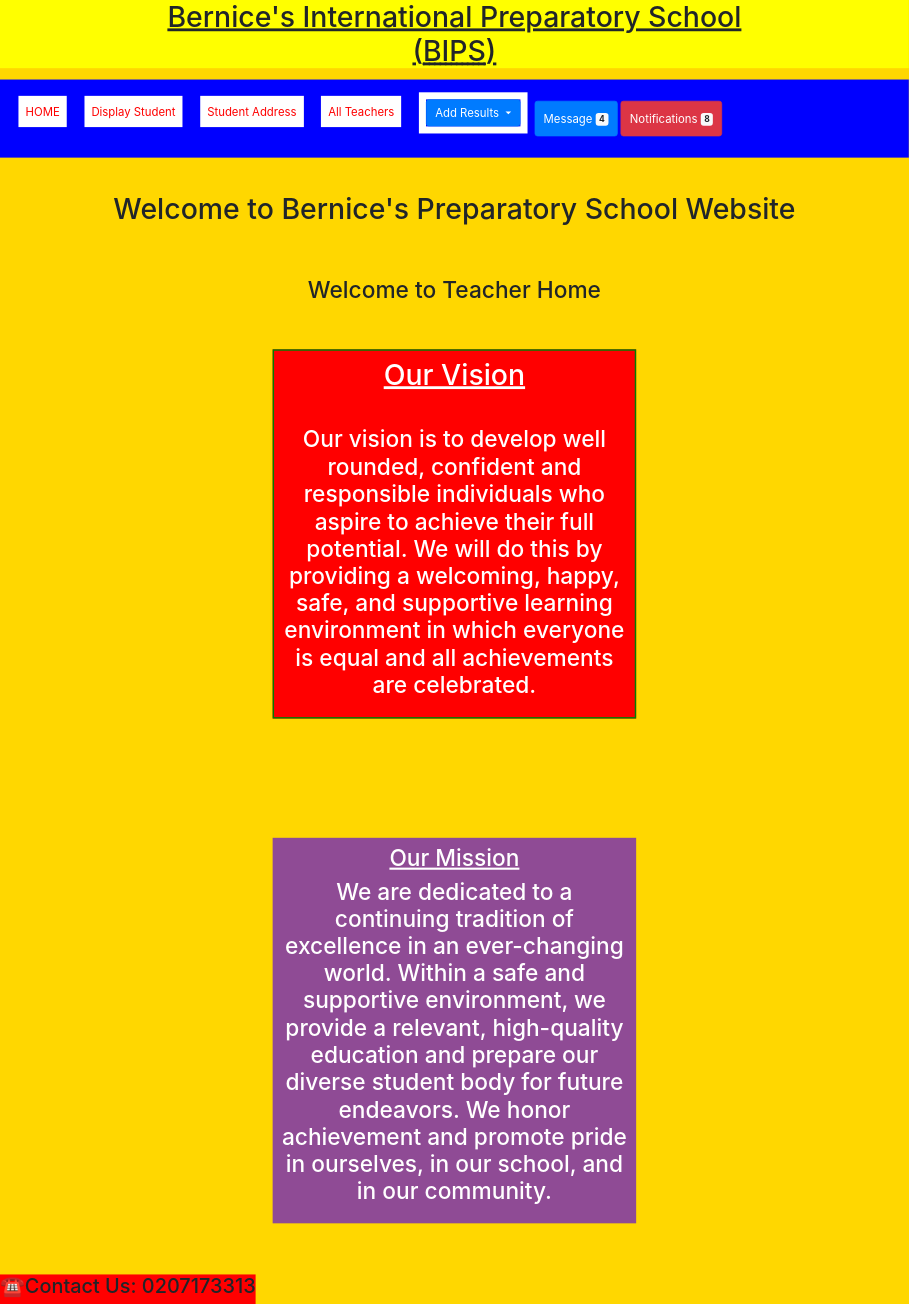
Repository: joseackah/eclipse-workspace
Page: http://localhost/com.school.mgt.system.Front.End/WEB-INF/views/teacherHome.jsp
The author's editor kept a copy of each file at every save. The page is drawn from the files as they stood at one save, then again after the next save.
The browser window is 1280 px wide. The pictures show the whole page, at 71% of full size.
The page is served by Tomcat 9. Nobody is signed in. The template is opened directly, without the code that normally fills it, so the values that code supplies are empty.

Above is the page before, as saved 2021-08-14 21:24:34.

After the next save:
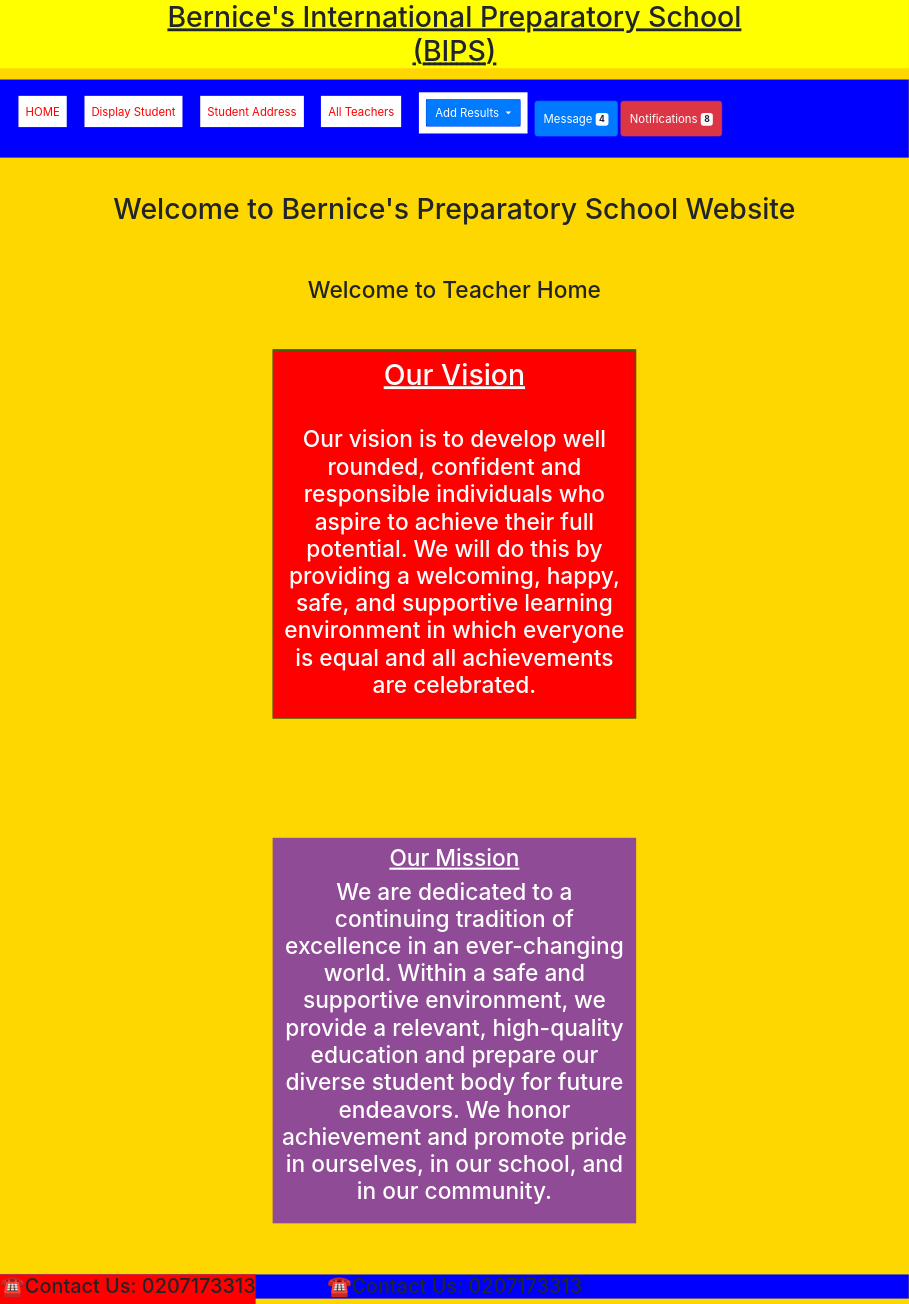
Saved 3 min 13 s later.
--- a/com.school.mgt.system.Front.End/src/main/webapp/WEB-INF/views/teacherHome.jsp
+++ b/com.school.mgt.system.Front.End/src/main/webapp/WEB-INF/views/teacherHome.jsp
@@ -128,6 +128,11 @@ to {background-color: rgb(145,74,152);}
 
 </footer>
 </div>
+
+<footer class="footer"  >
+<h3 style="text-align: center;">Contact Us: 0207173313</h3>
+
+</footer>
 ${count}
 </body>
 </html>
